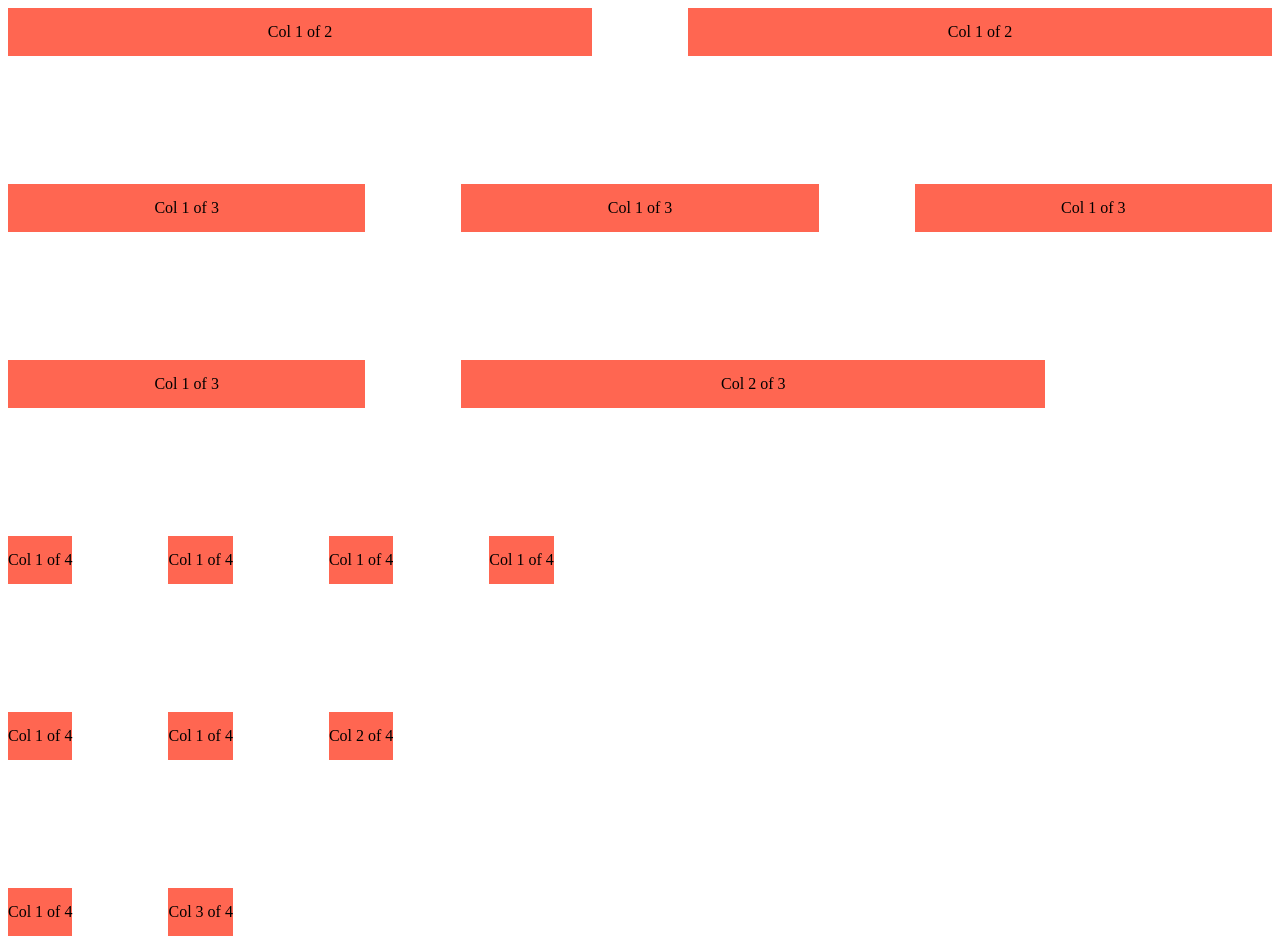
Repository: haokiet2501/grid-basic
Page: index.html
The author's editor kept a copy of each file at every save. The page is drawn from the files as they stood at one save, then again after the next save.
The browser window is 1280 px wide. The pictures show the whole page.

Above is the page before, as saved 2022-08-11 18:56:37.

After the next save:
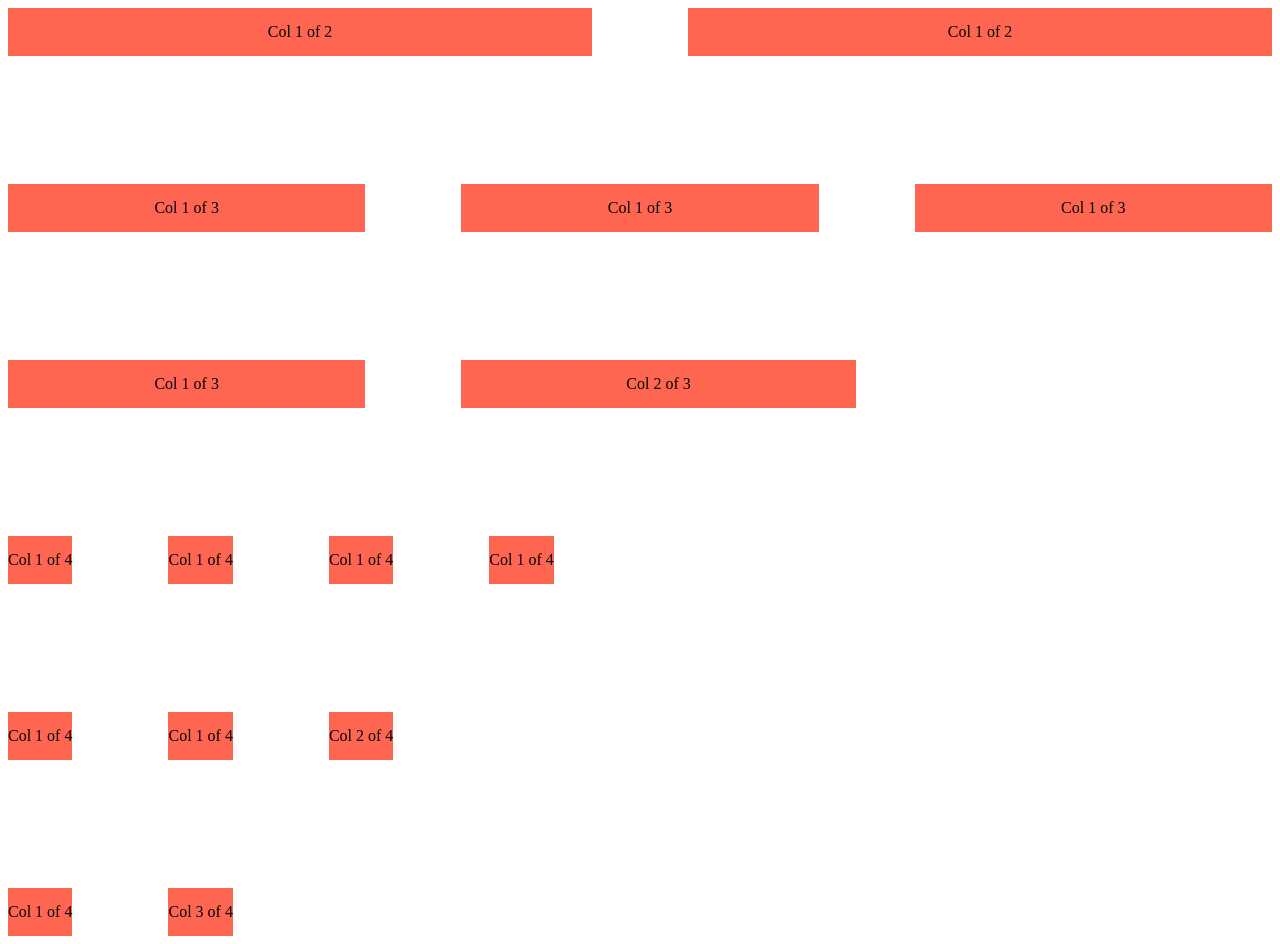
Saved 11 s later.
--- a/styles.css
+++ b/styles.css
@@ -39,5 +39,5 @@
 }
 
 .col-2-of-3 {
-    width: calc((100% - var(--gutter-horizonal)) / 2);
+    width: calc((70% - var(--gutter-horizonal)) / 2);
 }

After the save that followed:
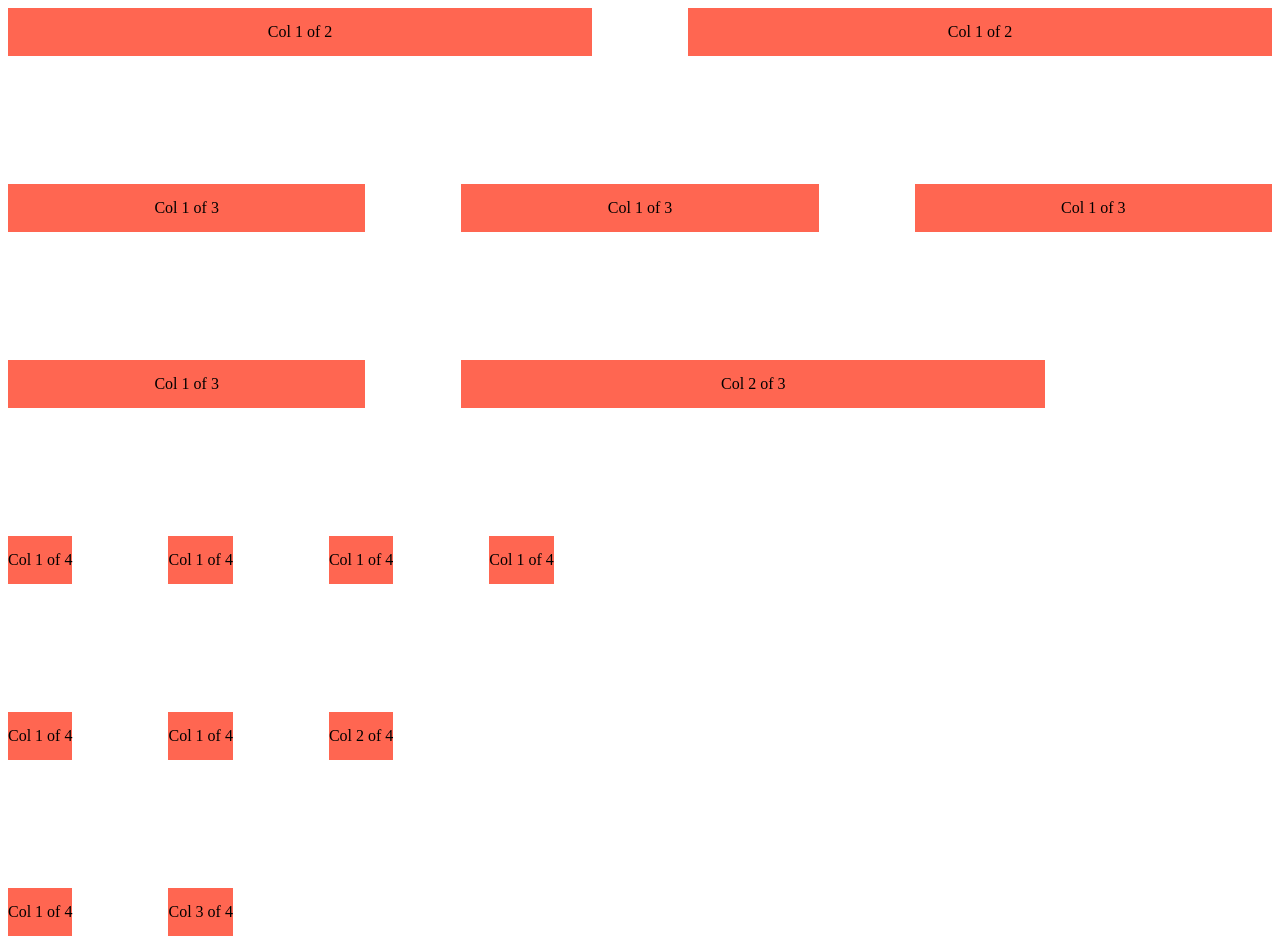
Saved 4 s later.
--- a/styles.css
+++ b/styles.css
@@ -39,5 +39,5 @@
 }
 
 .col-2-of-3 {
-    width: calc((70% - var(--gutter-horizonal)) / 2);
+    width: calc((100% - var(--gutter-horizonal)) / 2);
 }
